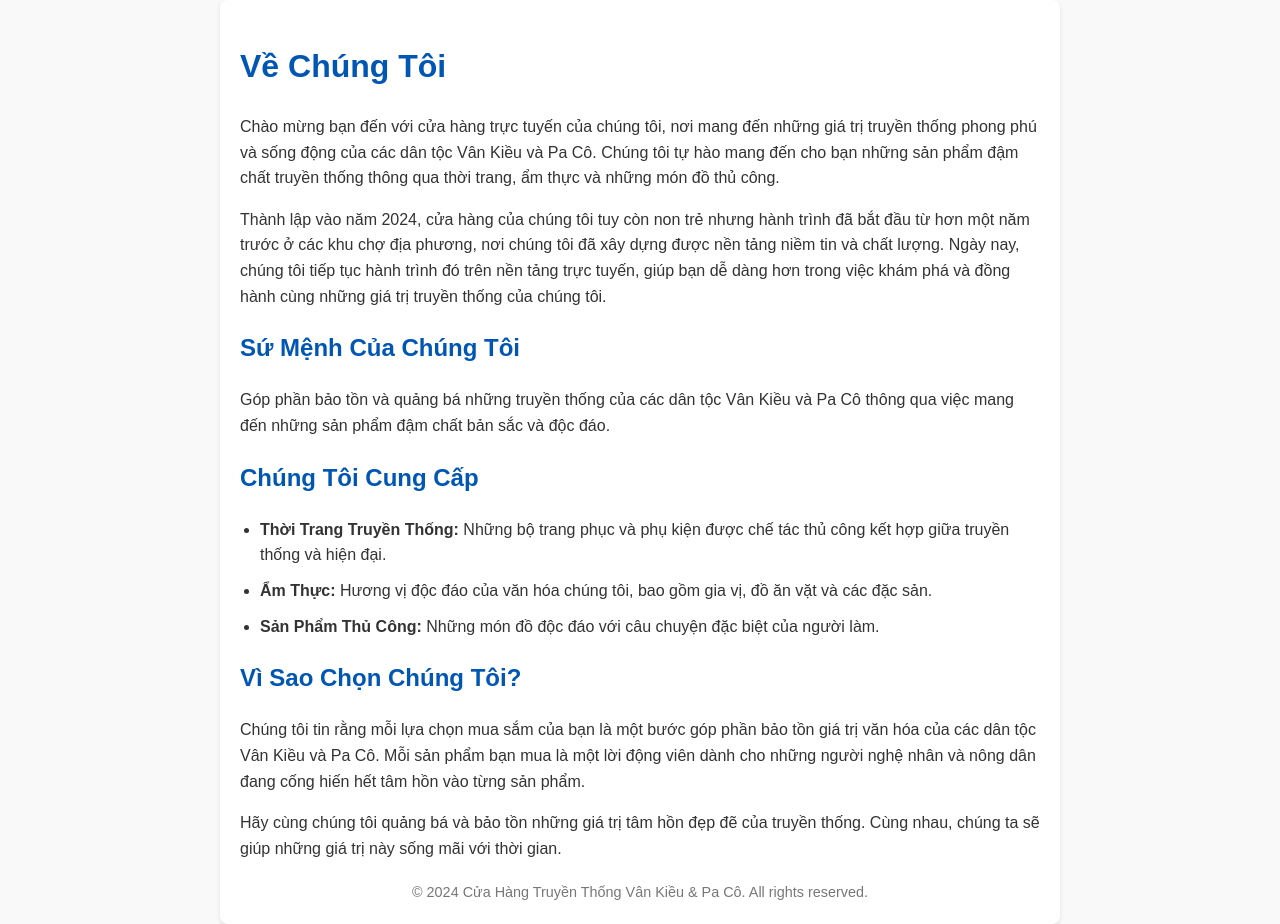
Repository: DangVai/LocalProduct
Page: http://localhost/LocalProduct/Views/frontend/aboutus.php
The author's editor kept a copy of each file at every save. The page is drawn from the files as they stood at one save, then again after the next save.
The browser window is 1280 px wide. The pictures show the whole page.
The page is run by PHP 8.4 with error messages shown; the project is at /var/www/html/.

Above is the page before, as saved 2024-12-31 08:44:02.

After the next save:
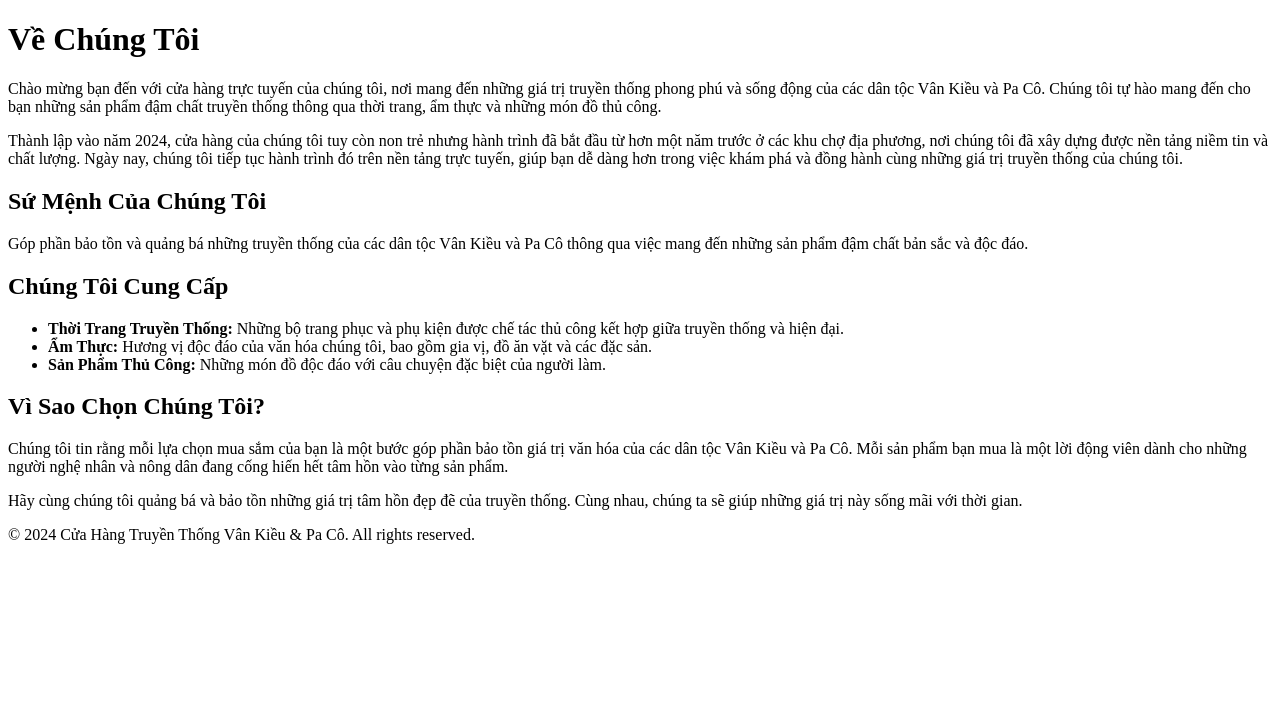
Saved 9 min 21 s later.
--- a/Views/frontend/aboutus.php
+++ b/Views/frontend/aboutus.php
@@ -6,43 +6,7 @@
     <meta name="viewport" content="width=device-width, initial-scale=1.0">
     <title>Về Chúng Tôi</title>
     <style>
-        body {
-            font-family: Arial, sans-serif;
-            line-height: 1.6;
-            margin: 0;
-            padding: 0;
-            background-color: #f9f9f9;
-            color: #333;
-        }
 
-        .container {
-            max-width: 800px;
-            margin: 0 auto;
-            padding: 20px;
-            background: #fff;
-            box-shadow: 0 2px 4px rgba(0, 0, 0, 0.1);
-            border-radius: 8px;
-        }
-
-        h1,
-        h2 {
-            color: #0056b3;
-        }
-
-        ul {
-            padding-left: 20px;
-        }
-
-        li {
-            margin-bottom: 10px;
-        }
-
-        .footer {
-            text-align: center;
-            margin-top: 20px;
-            font-size: 0.9em;
-            color: #777;
-        }
     </style>
 </head>
 
